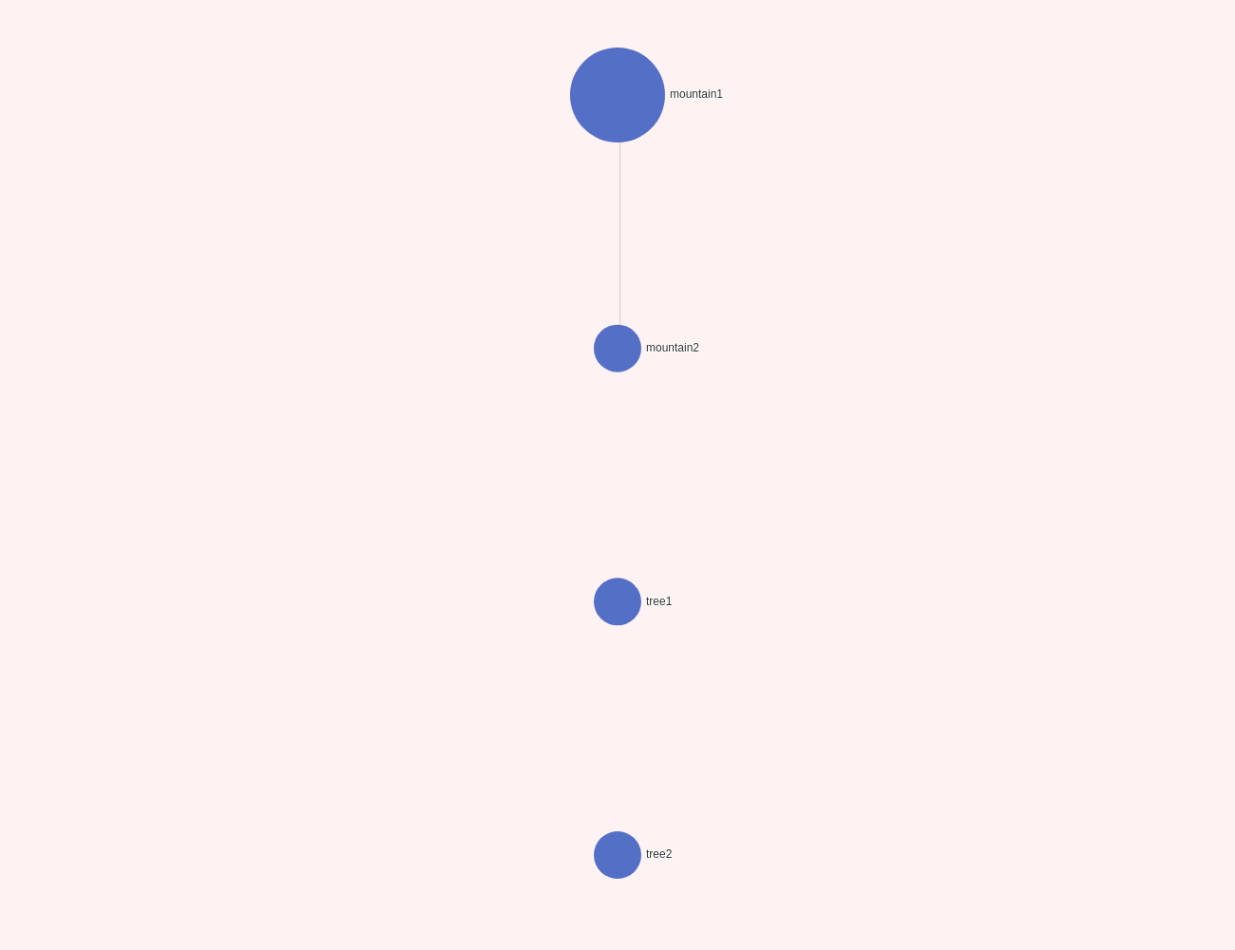
Repository: gaosth/Eyesee
Page: /link
An editor plug-in stored every save of this project. The page is shown before and after the next save, followed by the edit.
The browser window is 1280 px wide. The page is 1300 px wide, so the pictures cover 1300 px, including what lies to the right of the window. The pictures show the whole page, at 95% of full size.
The project was rebuilt for these pictures with package versions that can differ from the ones it lists, and the page was loaded fresh each time. Also part of the build but not shown: vite.config.js, src/components/WelcomeItem.vue, src/components/icons/IconDocumentation.vue, src/components/icons/IconTooling.vue, src/components/icons/IconEcosystem.vue, src/components/icons/IconCommunity.vue, src/components/icons/IconSupport.vue, src/components/TheWelcome.vue and 16 more.

Above is the page before, as saved 2024-03-19 14:37:41.

### src/main.js
import './assets/main.css'

import { createApp } from 'vue'
import { createPinia } from 'pinia'

import App from './App.vue'
import router from './router'
import axios from 'axios'

axios.defaults.baseURL = 'http://127.0.0.1:8000'

const app = createApp(App)

app.use(createPinia())
// app.use(router)
app.use(router,axios)

app.mount('#app')

### src/App.vue
<template>
  <main>
    <RouterView />
  </main>
</template>

### src/router/index.js
import { createRouter, createWebHistory } from 'vue-router'
import HomeView from '../views/HomeView.vue'
import Agent from '../views/Agent.vue'
import Heatmap from '../components/Heatmap.vue'
import Test from '../views/reference.vue'
import DetailView from '../views/DetailView.vue'
import Detail2View from '../views/Detail2View.vue'
import AnalyzeView from '../views/AnalyzeView.vue'
import Sankey from '../components/Sankey.vue'
import LinkView from '../components/imgLink.vue'

const router = createRouter({
  history: createWebHistory(import.meta.env.BASE_URL),
  routes: [
    {
      path: '/',
      name: 'home',
      component: Agent
    },
    {
      path: '/about',
      name: 'about',
      // route level code-splitting
      // this generates a separate chunk (About.[hash].js) for this route
      // which is lazy-loaded when the route is visited.
      component: () => import('../views/AboutView.vue')
    },
    {
      path: '/Agent',
      name: 'Agent',
      component: Agent
    },
    {
      path: '/Heatmap',
      name: 'Heatmap',
      component: Heatmap
    },
    {
      path: '/test',
      name: 'test',
      component: Test
    },
    {
      path: '/detail',
      name: 'detail',
      component: DetailView
    },
    {
      path: '/detail2',
      name: 'detail2',
      component: Detail2View
    },
    {
      path: '/analyze',
      name: 'analyze',
      component: AnalyzeView
    },
    {
      path: '/sankey',
      name: 'sankey',
      component: Sankey
    },
    {
      path: '/link',
      name: 'link',
      component: LinkView
    },
  ]
})

export default router

### src/components/imgLink.vue
<template>
    <div ref="chartDom" class="chartDom bg-red-50" style="width: 1300px;height:1000px;">
    </div>
  </template>

  <script setup>
  import * as echarts from 'echarts'
  import { ref, onMounted, watch } from 'vue'
  const chartDom = ref()

  const option = {
    tooltip: {
    },
    series: {
            type: 'graph',
            layout: 'none',
            data: [
            {
                id: '0',
                name: 'mountain1',
                symbolSize: 100,
                x: 100,
                y: 100

            },
            {
                id: '1',
                name: 'mountain2',
                symbolSize: 50,
                x: 100,
                y: 150
            },
            {
                id: '2',
                name: 'tree1',
                symbolSize: 50,
                x: 100,
                y: 200
            },
            {
                id: '3',
                name: 'tree2',
                symbolSize: 50,
                x: 100,
                y: 250
            },
            ],
            links: [
            {
                source: '0',
                target: '1',
            },
            ],
            roam: true,
            label: {
                show: true,
                position: 'right',
                formatter: '{b}'
            },
            labelLayout: {
                hideOverlap: true
            },
            scaleLimit: {
                min: 0.4,
                max: 2
            },
        }
  }
  // 不赋值给ref响应式Proxy对象
  let chart

  onMounted(() => {
    chart = echarts.init(chartDom.value)
    chart.setOption(option)
  })
  </script>

Loaded but not shown: index.html (common file); src/assets/main.css (common file); tailwind.config.js (common file)

After the next save:
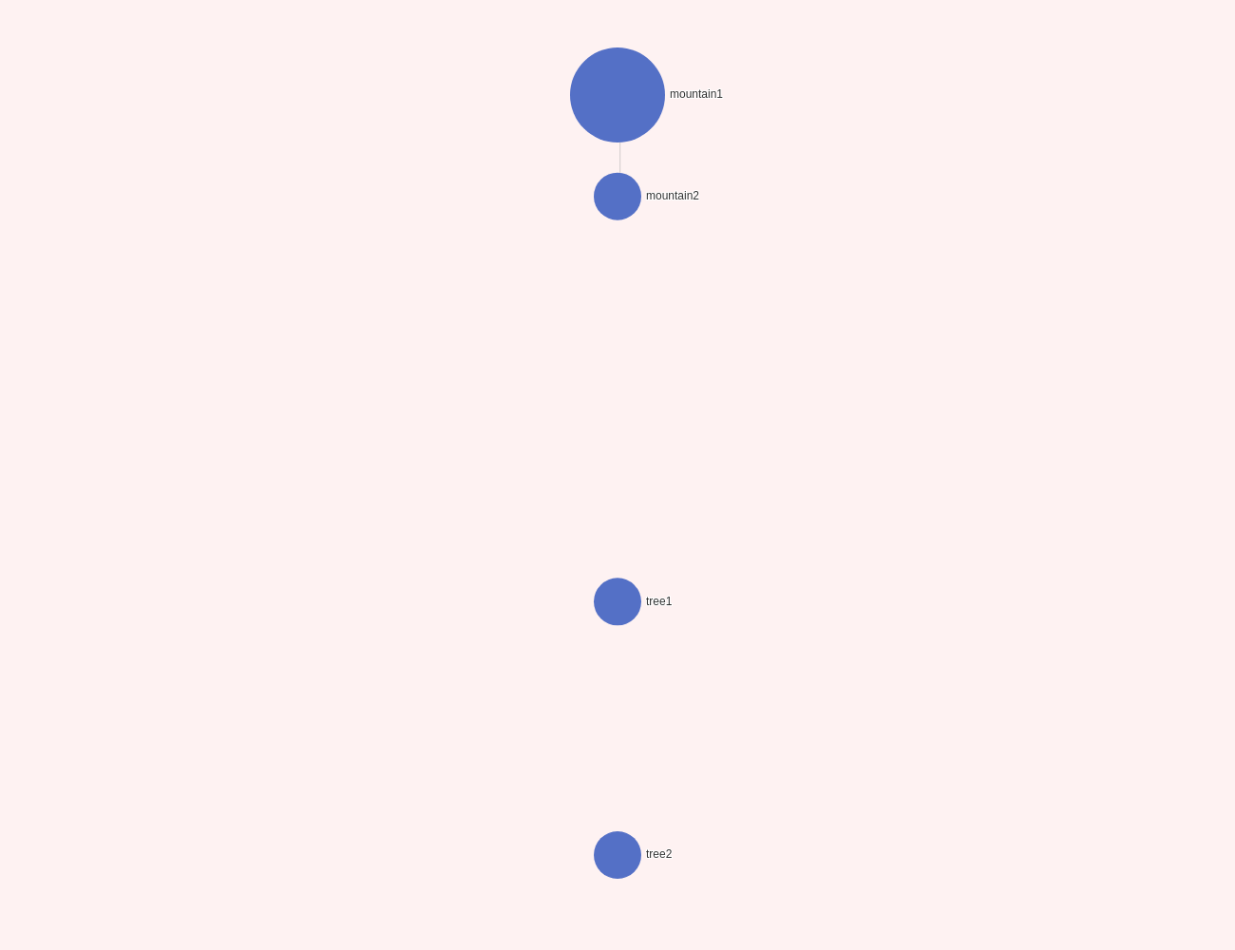
Saved 7 s later.
--- a/src/components/imgLink.vue
+++ b/src/components/imgLink.vue
@@ -28,7 +28,7 @@
                 name: 'mountain2',
                 symbolSize: 50,
                 x: 100,
-                y: 150
+                y: 120
             },
             {
                 id: '2',
